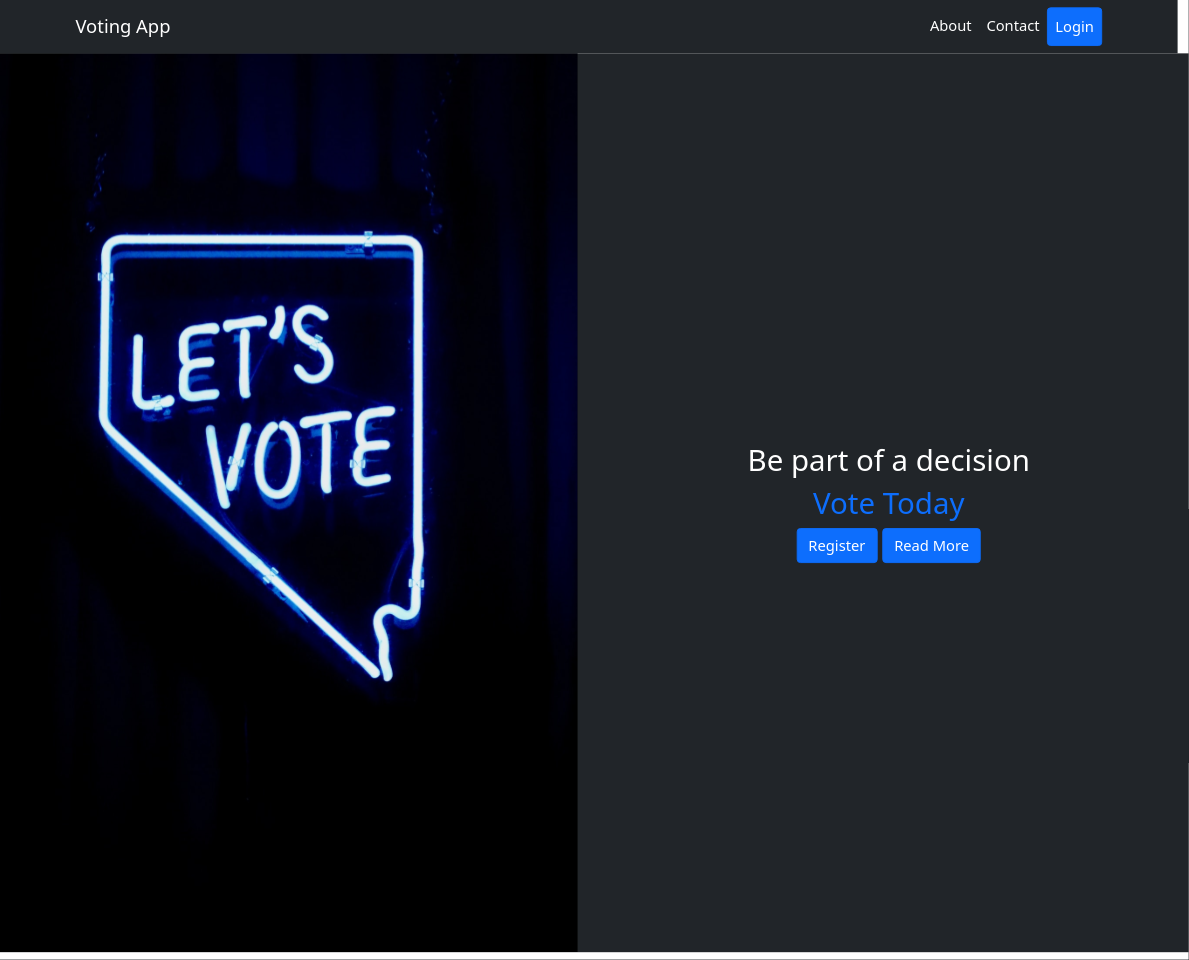
Repository: DavidManiIbrahim/Voting-app
Page: index.html
These files come from the project's save history. The page is drawn as it stood at one moment and after a run of saves; the edit follows.
The browser window is 1280 px wide. The page is 1292 px wide, so the pictures cover 1292 px, including what lies to the right of the window. The pictures show the whole page, at 92% of full size.

Above is the page before, as saved 2025-01-18 03:46:28.

### index.html
<!DOCTYPE html>
<html lang="en">
<head>
    <meta charset="UTF-8">
    <meta name="viewport" content="width=device-width, initial-scale=1.0">
    <title>Voting app</title>
    <link rel="stylesheet" href="./bootstrap.css">
    <!-- <link rel="stylesheet" href="./styles.css.css"> -->
</head>
<body>

<!-- NavBar -->

    <nav class="navbar navbar-expand-lg bg-dark text-white ">
        <div class="container">
            <a href="#" class="navbar-brand text-white ">Voting App</a>


            <button class="navbar-toggler" data-bs-target="#navmenu" data-bs-toggle="collapse">
                <span class="navbar-toggler-icon bg-primary"></span>
            </button>
            <div class="collapse navbar-collapse " id="navmenu">
                <ul class="navbar-nav ms-auto text-center">
                    <li class="nav-link text-white">About</li>
                    <li class="nav-link text-white">Contact</li>
                    <a class="nav-link btn btn-primary text-white">Login</a>
                </ul>
            </div>
</div>
    </nav>

<!-- Hero Section -->

<div class="row h-100 bg-dark">
    <div class="col-md">
        <img src="./unsplash_LA1VawaCjjI.svg" alt="" class="img-fluid">
    </div>
    <div class="col-md m-auto" >
        <div class="container-fluid text-center lead m-auto text-white" id="content">
            <h2>Be part of a decision</h2>
            <h2 class="text-primary">Vote Today</h2>
            <div class="">
                <button class="btn btn-primary">Register</button>
                <button class="btn btn-primary">Read More</button>
            </div>
        </div>
    </div>
</div>

<!-- About Section -->

<div class="row">
    <div class="container">
        <div class="h1"></div>
    </div>
</div>






    <script src="./bootstrap.min.js"></script>
</body>
</html>

Loaded but not shown: bootstrap.css (library); bootstrap.min.js (library)

After the next 4 saves:
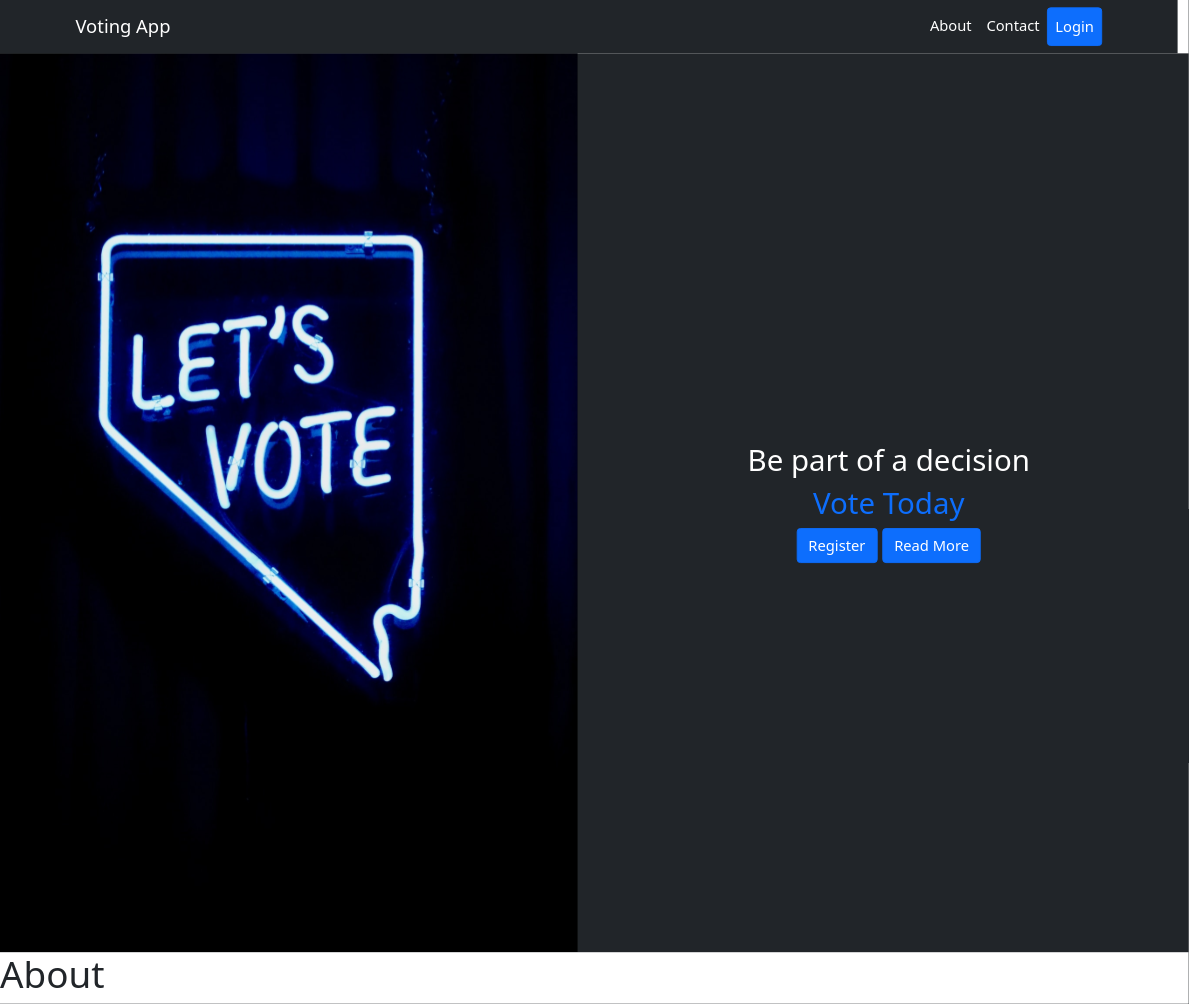
The 4 saves are shown as one change because they came seconds apart.
The last was saved 13 s later.
--- a/index.html
+++ b/index.html
@@ -51,7 +51,7 @@
 
 <div class="row">
     <div class="container">
-        <div class="h1"></div>
+        <h1>About</h1>
     </div>
 </div>
 
